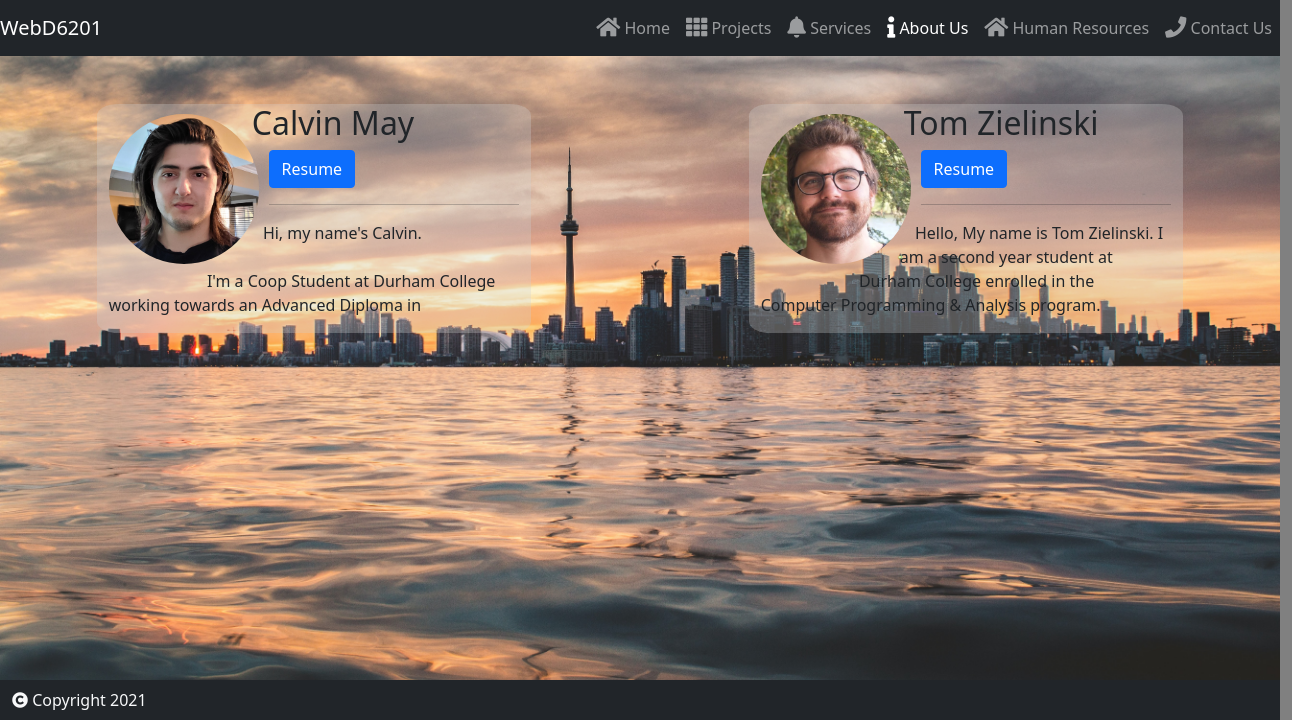
Repository: Tomelinski/Webd6201-Lab02
Page: about.html
These files come from the project's save history. The page is drawn as it stood at one moment and after the next save; the edit follows.
The browser window is 1280 px wide. The page is 1292 px wide, so the pictures cover 1292 px, including what lies to the right of the window. The pictures show the whole page.

Above is the page before, as saved 2021-02-05 19:32:59.

After the next save:
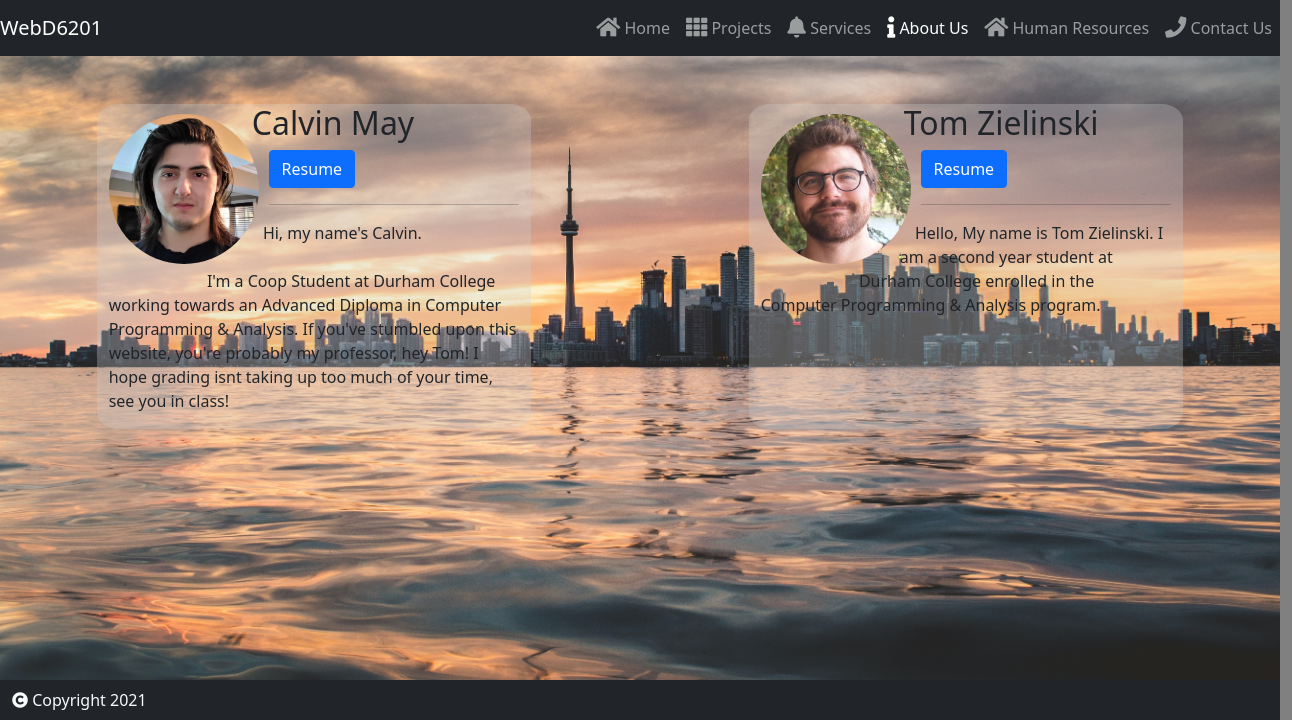
Saved 2 min 5 s later.
--- a/Scripts/app.js
+++ b/Scripts/app.js
@@ -118,6 +118,9 @@
         aboutCalvin.innerHTML = `<hr/>
         <p>Hi, my name's Calvin. <br/><br/>
         I'm a Coop Student at Durham College working towards an Advanced Diploma in
+        Computer Programming & Analysis. If you've stumbled upon this website, you're
+        probably my professor, hey Tom! I hope grading isnt taking up too much of your
+        time, see you in class!
         </p>`;
 
         // Insert the Elements within the about-tom div
